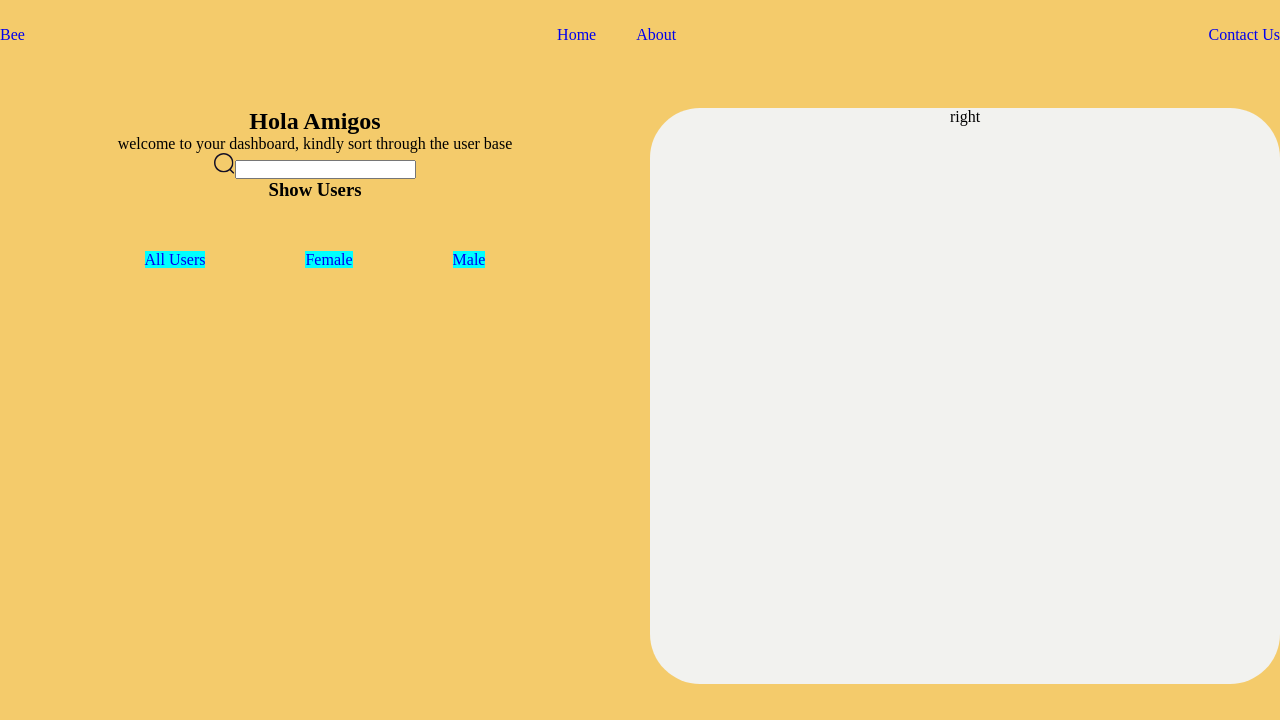
Repository: ble-syn/Random-user-generator-app
Page: /
An editor plug-in stored every save of this project. The page is shown before and after the next save, followed by the edit.
The browser window is 1280 px wide. The pictures show the whole page.
The project was rebuilt for these pictures with package versions that can differ from the ones it lists, and the page was loaded fresh each time. Also part of the build but not shown: src/pages/About.jsx, src/pages/Policy.jsx, src/pages/Terms.jsx, src/pages/Contact.jsx, src/pages/NotFound.jsx.

Above is the page before, as saved 2022-10-26 00:54:23.

After the next save:
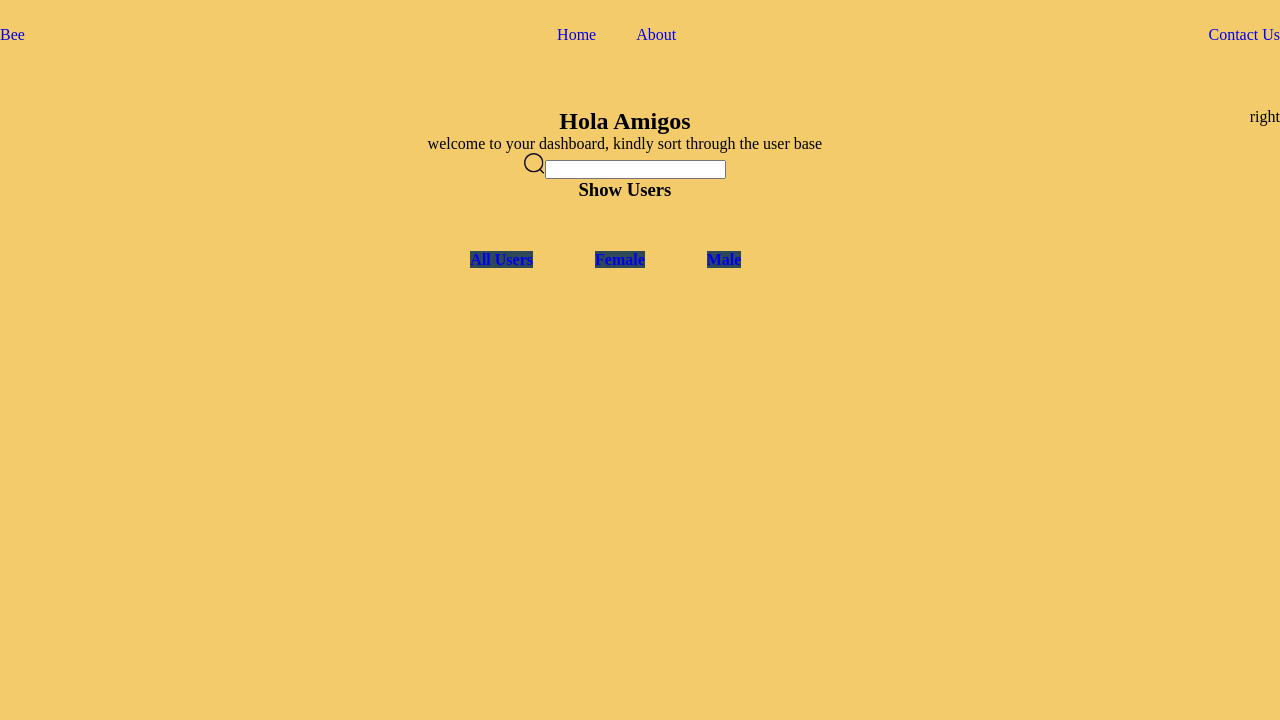
Saved 82 s later.
--- a/src/index.css
+++ b/src/index.css
@@ -42,6 +42,13 @@
   margin: 0 50px;
   height: 100px;
   background-color: aqua;
+
+  background-color: #2F4858;
+  font-weight: 600;
+  text-align: center;
+  margin-left: 12px;
+  width: 180px;
+}
 }
 #right{
   height: 80vh;

After the save that followed:
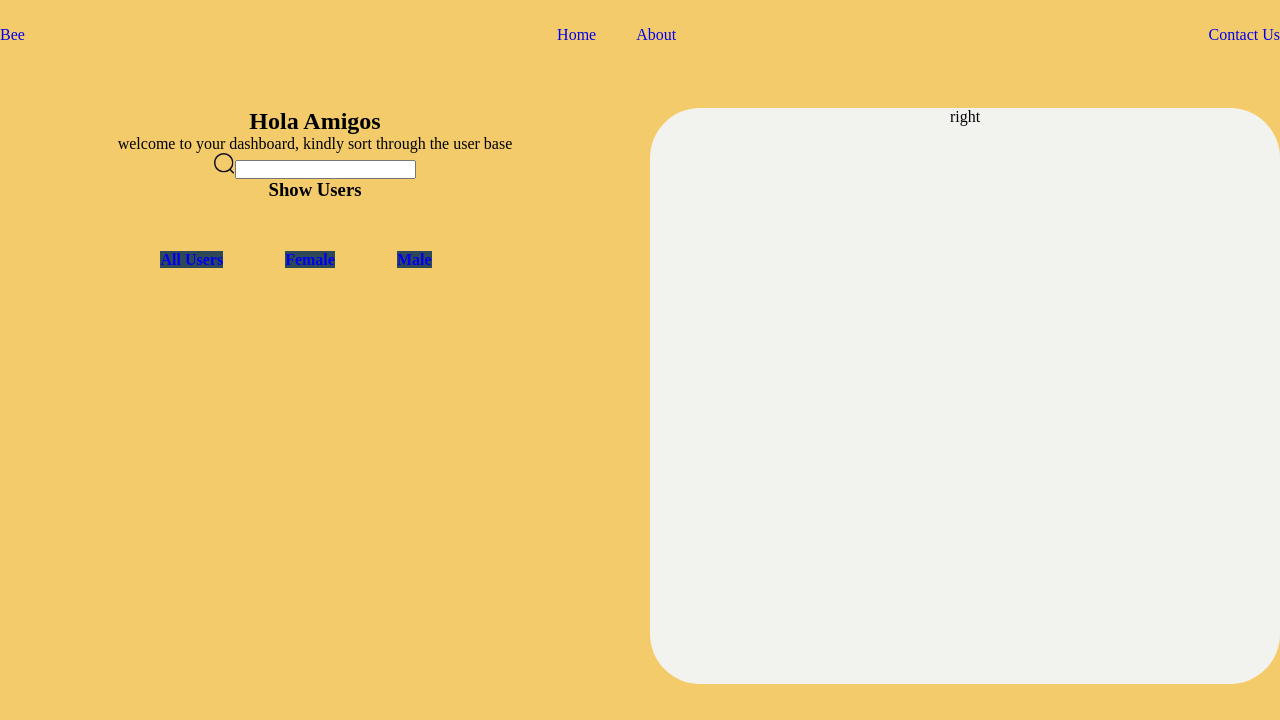
Saved 6 s later.
--- a/src/index.css
+++ b/src/index.css
@@ -49,7 +49,7 @@
   margin-left: 12px;
   width: 180px;
 }
-}
+
 #right{
   height: 80vh;
  flex: 5;
